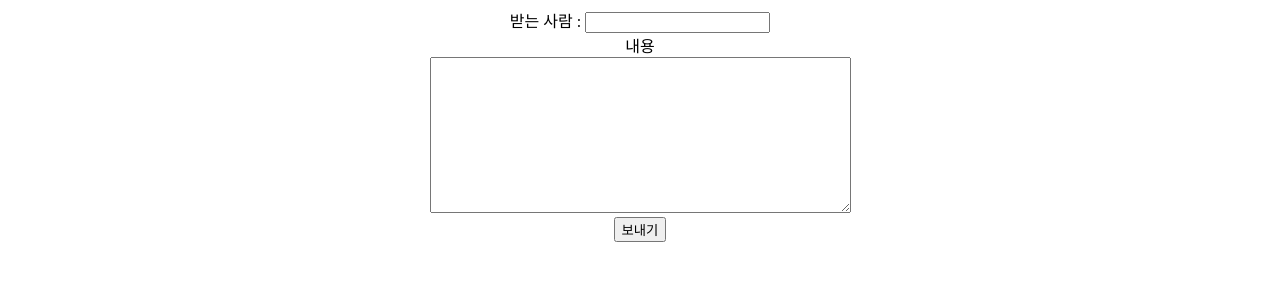
Repository: heebedev/TheJoeun_JSP
Page: http://localhost/TeamProject_05/messageSend.jsp
An editor plug-in stored every save of this project. The page is shown before and after the next save, followed by the edit.
The browser window is 1280 px wide. The pictures show the whole page.
The page is served by Tomcat 9. Other server files are loaded and not shown.

Above is the page before, as saved 2020-06-16 09:28:27.

### TeamProject_05/WebContent/messageSend.jsp
<%@ page language="java" contentType="text/html; charset=UTF-8"
    pageEncoding="UTF-8"%>
<!DOCTYPE html>
<html>
<head>
<meta charset="UTF-8">
<title>쪽지보내기</title>
<style>
.item1 { grid-area: header1; height: 40px; margin: 0 300px 0 300px; width: 800px;}
</style>
</head>
<body>


	<form action="messageWin.bill" method="post" align = "center">
		받는 사람 : <input type="text" name="nickname" value="${usinfo.nickname}" readonly="readonly"><br>
		내용 <br>
		<textarea rows="10" cols="50" name="message"></textarea><br>
		<input type="submit" value="보내기">
	</form>

</body>
</html>

After the next save:
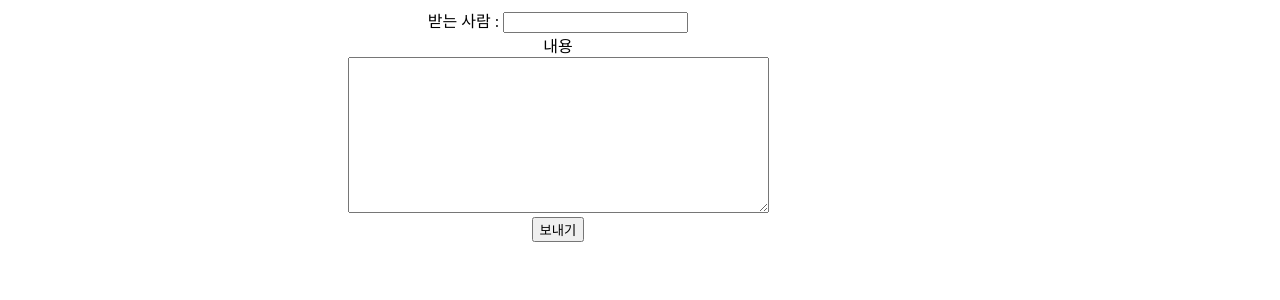
Saved 2 min 22 s later.
--- a/TeamProject_05/WebContent/messageSend.jsp
+++ b/TeamProject_05/WebContent/messageSend.jsp
@@ -5,19 +5,22 @@
 <head>
 <meta charset="UTF-8">
 <title>쪽지보내기</title>
-<style>
-.item1 { grid-area: header1; height: 40px; margin: 0 300px 0 300px; width: 800px;}
-</style>
+	<style>
+	.item1 { height: 500px; margin: 0 300px 0 300px; width: 500px;}
+
+
+	</style>
 </head>
 <body>
 
-
-	<form action="messageWin.bill" method="post" align = "center">
-		받는 사람 : <input type="text" name="nickname" value="${usinfo.nickname}" readonly="readonly"><br>
-		내용 <br>
-		<textarea rows="10" cols="50" name="message"></textarea><br>
-		<input type="submit" value="보내기">
-	</form>
+	<div class="item1">
+		<form action="messageWin.bill" method="post" align = "center">
+			받는 사람 : <input type="text" name="nickname" value="${usinfo.nickname}" readonly="readonly"><br>
+			내용 <br>
+			<textarea rows="10" cols="50" name="message"></textarea><br>
+			<input type="submit" value="보내기">
+		</form>
+	</div>
 
 </body>
 </html>
